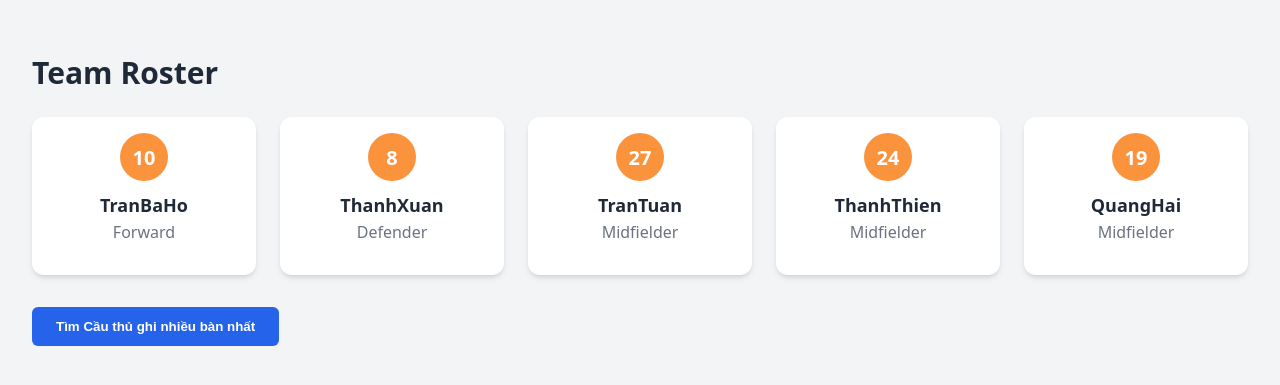
Repository: binhphanbp/ECMAScript_WEB501_WD20301
Page: Lab/Lab6-final-2/index.html
These files come from the project's save history. The page is drawn as it stood at one moment and after the next save; the edit follows.
The browser window is 1280 px wide. The pictures show the whole page.

Above is the page before, as saved 2025-10-14 10:08:35.

After the next save:
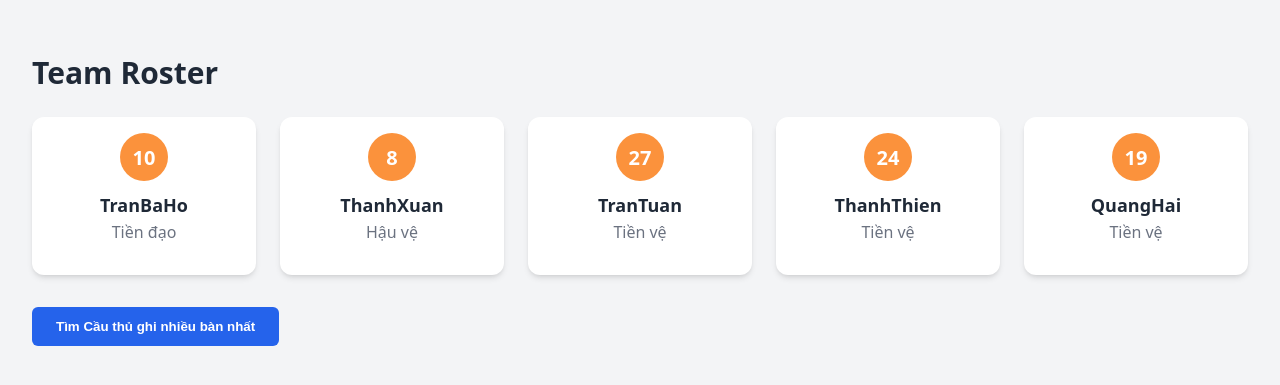
Saved 15 s later.
--- a/Lab/Lab6-final-2/js/main.js
+++ b/Lab/Lab6-final-2/js/main.js
@@ -1,32 +1,30 @@
 // js/main.js
 
-// Import các class cần thiết từ các file khác
 import { Player } from './models.js';
 import { PlayerList } from './PlayerList.js';
 
-// Sự kiện này đảm bảo code chỉ chạy khi toàn bộ trang đã được tải xong
+// Đảm bảo code chỉ chạy khi trang đã tải xong
 window.addEventListener('DOMContentLoaded', () => {
   // 1. Khởi tạo dữ liệu cầu thủ
-  const p1 = new Player('TranBaHo', 1999, 'TP.HCM', 10, 'Forward', 30);
-  const p2 = new Player('ThanhXuan', 1997, 'TP.HCM', 8, 'Defender', 20);
-  const p3 = new Player('TranTuan', 1994, 'TP.HCM', 27, 'Midfielder', 22);
-  const p4 = new Player('ThanhThien', 2004, 'TP.HCM', 24, 'Midfielder', 15);
-  const p5 = new Player('QuangHai', 1997, 'Ha Noi', 19, 'Midfielder', 30); // Thêm cầu thủ để test trường hợp có 2 người bằng bàn thắng
+  const p1 = new Player('TranBaHo', 1999, 'TP.HCM', 10, 'Tiền đạo', 30);
+  const p2 = new Player('ThanhXuan', 1997, 'TP.HCM', 8, 'Hậu vệ', 20);
+  const p3 = new Player('TranTuan', 1994, 'TP.HCM', 27, 'Tiền vệ', 22);
+  const p4 = new Player('ThanhThien', 2004, 'TP.HCM', 24, 'Tiền vệ', 15);
+  const p5 = new Player('QuangHai', 1997, 'Hà Nội', 19, 'Tiền vệ', 30);
 
   const initialPlayers = [p1, p2, p3, p4, p5];
 
-  // 2. Tạo một đối tượng quản lý danh sách cầu thủ
+  // 2. Tạo đối tượng quản lý danh sách
   const playerListManager = new PlayerList(initialPlayers);
 
   // 3. Hiển thị danh sách ban đầu ra màn hình
   playerListManager.display();
 
-  // 4. Gán sự kiện cho nút "Tìm Cầu thủ ghi nhiều bàn nhất"
+  // 4. Gán sự kiện cho nút bấm
   document.getElementById('btnFindTopScorer').addEventListener('click', () => {
     const topScorers = playerListManager.findTopScorers();
 
     if (topScorers.length > 0) {
-      // Lấy tên của các cầu thủ và nối lại thành một chuỗi
       const topScorerNames = topScorers.map((player) => player.name).join(', ');
       alert(
         `Cầu thủ ghi nhiều bàn nhất là: ${topScorerNames} với ${topScorers[0].getGoals()} bàn!`
